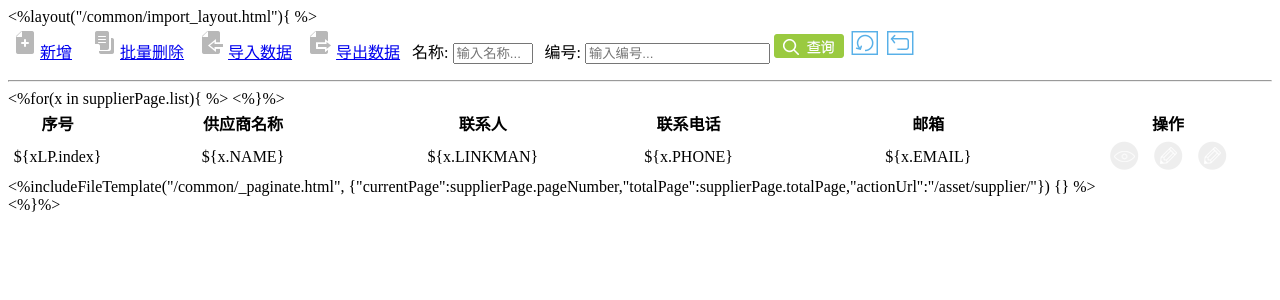
Repository: GaoChengliang/summerTask
Page: Campus_gcl/WebRoot/asset_management/supplier/supplier.html
An editor plug-in stored every save of this project. The page is shown before and after the next save, followed by the edit.
The browser window is 1280 px wide. The pictures show the whole page.

Above is the page before, as saved 2015-09-09 01:04:47.
Console error: ReferenceError: $ is not defined

After the next save:
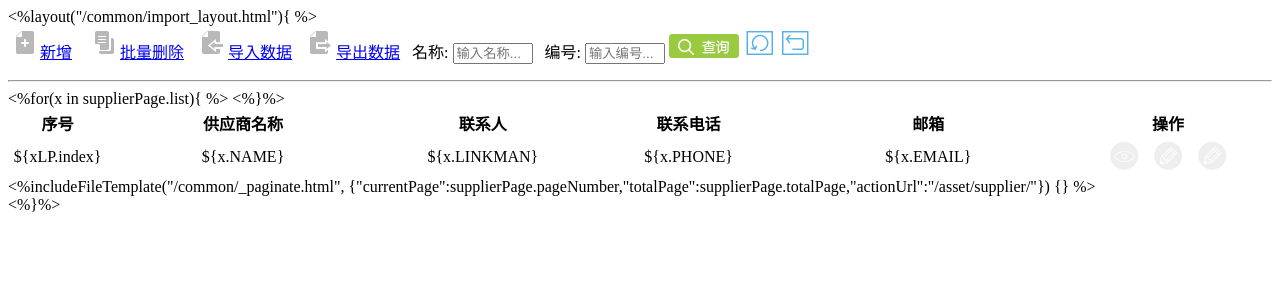
Saved 19 s later.
--- a/Campus_gcl/WebRoot/asset_management/supplier/supplier.html
+++ b/Campus_gcl/WebRoot/asset_management/supplier/supplier.html
@@ -11,7 +11,7 @@
 
 
 			<label>名称:</label> <input placeholder="输入名称..." type="text" style="width:80px"/>&nbsp;&nbsp;
-			<label>编号:</label> <input placeholder="输入编号..." type="text" /> <a href="#"><img src="/img/logo/query.png" alt="查询" /></a>
+			<label>编号:</label> <input placeholder="输入编号..." type="text" style="width:80px"/> <a href="#"><img src="/img/logo/query.png" alt="查询" /></a>
 			<a href="#"><img src="/img/logo/refresh.png" alt="刷新" /></a>
 			<a href="#"><img src="/img/logo/back.png" alt="返回" /></a>
 
